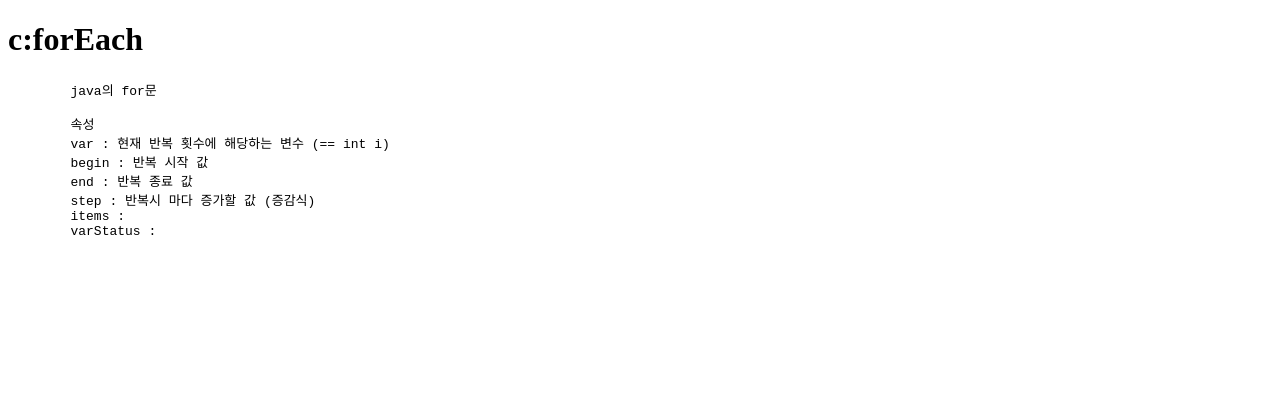
Repository: Seenee-Shin/servlet-jsp
Page: http://localhost/JSPProject/06_JSTL_2.jsp
These files come from the project's save history. The page is drawn as it stood at one moment and after the next save; the edit follows.
The browser window is 1280 px wide. The pictures show the whole page.
The page is served by Tomcat 9. Other server files are loaded and not shown.

Above is the page before, as saved 2021-11-30 02:38:55.

### JSPProject/src/main/webapp/06_JSTL_2.jsp
<%@ page language="java" contentType="text/html; charset=UTF-8" pageEncoding="UTF-8"%>
<%@ taglib prefix="c" uri="http://java.sun.com/jsp/jstl/core"%>
<!DOCTYPE html>
<html lang="ko">
<head>
	<meta charset="UTF-8">
	<meta name="viewport" content="width=device-width, initial-scale=1.0">
	<title>06.JSTL - c:forEach</title>
</head>
<body>
	<h1> c:forEach</h1>
	<pre>
	java의 for문

	속성
	var : 현재 반복 횟수에 해당하는 변수 (== int i)
	begin : 반복 시작 값
	end : 반복 종료 값
	step : 반복시 마다 증가할 값 (증감식)
	items :
	varStatus :
	</pre>
</body>
</html>

After the next save:
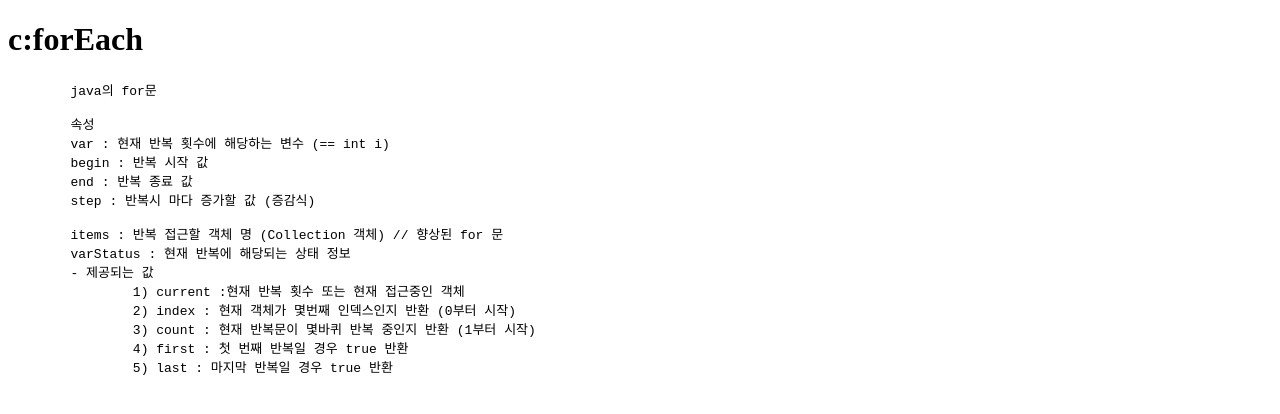
Saved 4 min 45 s later.
--- a/JSPProject/src/main/webapp/06_JSTL_2.jsp
+++ b/JSPProject/src/main/webapp/06_JSTL_2.jsp
@@ -17,8 +17,15 @@
 	begin : 반복 시작 값
 	end : 반복 종료 값
 	step : 반복시 마다 증가할 값 (증감식)
-	items :
-	varStatus :
+
+	items : 반복 접근할 객체 명 (Collection 객체) // 향상된 for 문
+	varStatus : 현재 반복에 해당되는 상태 정보
+	- 제공되는 값
+		1) current :현재 반복 횟수 또는 현재 접근중인 객체
+		2) index : 현재 객체가 몇번째 인덱스인지 반환 (0부터 시작)
+		3) count : 현재 반복문이 몇바퀴 반복 중인지 반환 (1부터 시작)
+		4) first : 첫 번째 반복일 경우 true 반환
+		5) last : 마지막 반복일 경우 true 반환
 	</pre>
 </body>
 </html>
